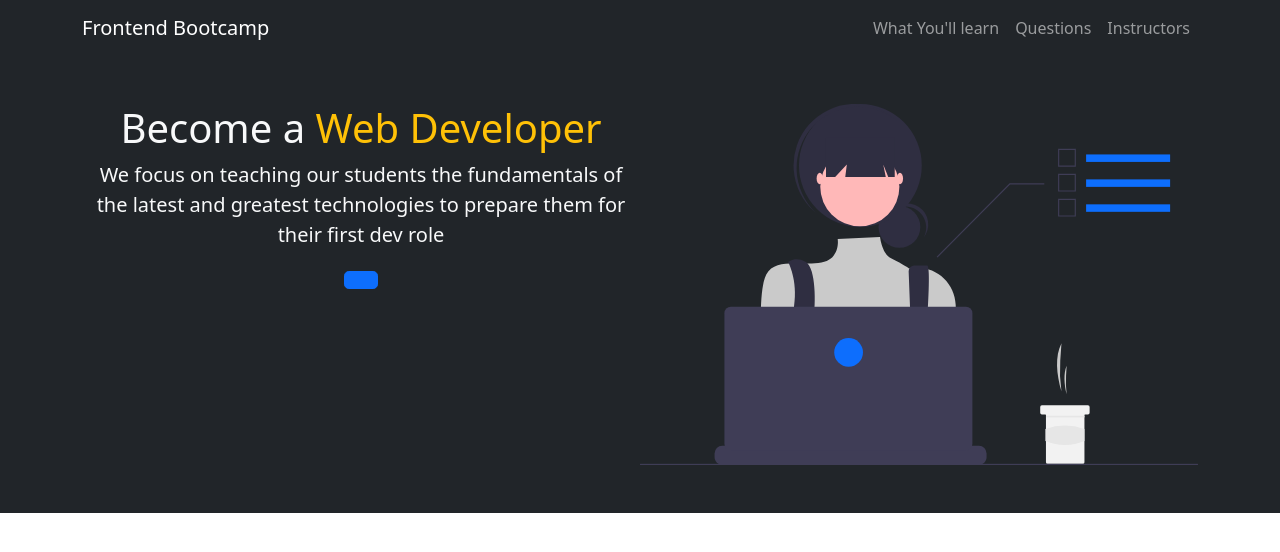
Repository: Marhamat92/Bootstrap5-Responsive-Website-
Page: index.html
These files come from the project's save history. The page is drawn as it stood at one moment and after the next save; the edit follows.
The browser window is 1280 px wide. The pictures show the whole page.

Above is the page before, as saved 2021-09-18 16:14:28.

After the next save:
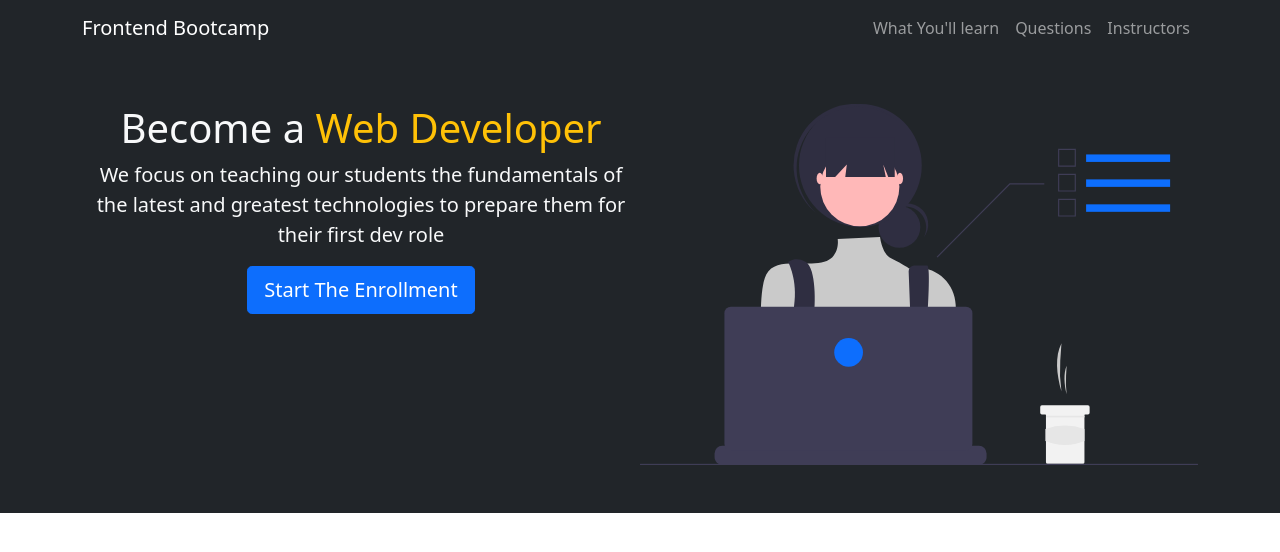
Saved 22 s later.
--- a/index.html
+++ b/index.html
@@ -46,7 +46,7 @@
               <p class="lead">We focus on teaching our students the fundamentals of the latest and
                   greatest technologies to prepare them for their first dev role
               </p>
-              <button class="btn btn-primary btn-lg"></button>
+              <button class="btn btn-primary btn-lg">Start The Enrollment</button>
           </div>
           <img class="img-fluid w-50" src="img/showcase.svg" alt="showcase">
       </div>
